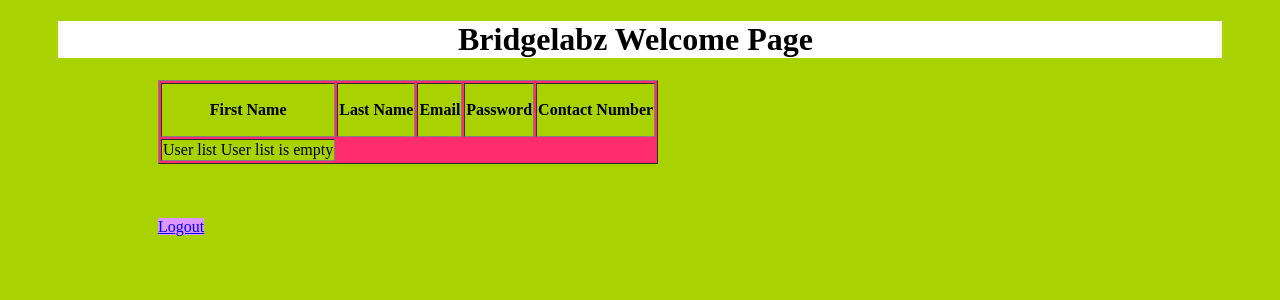
Repository: MarkFernandes11/Advanced-Java
Page: http://localhost/Login/welcome.jsp
An editor plug-in stored every save of this project. The page is shown before and after the next save, followed by the edit.
The browser window is 1280 px wide. The pictures show the whole page.
The page is served by Tomcat 9. Other server files are loaded and not shown.

Above is the page before, as saved 2019-09-27 05:08:14.

### Login/WebContent/welcome.jsp
<%@page import="java.util.ArrayList"%>
<%@page import="java.util.List"%>
<%@page import="com.login.User"%>
<%@page import="java.util.ListIterator"%>
<%@ page language="java" contentType="text/html; charset=UTF-8"
    pageEncoding="UTF-8"%>
<!DOCTYPE html>
<html>
<head>
<meta charset="UTF-8">
<title>Welcome Page</title>
<link rel="stylesheet" type="text/css" href="stylesheet.css">
</head>
<body>
	<header>
			<h1>Bridgelabz Welcome Page</h1>
	</header>

	<table border="1px solid #000;">
		<tr>
			<th><b><p>First Name</p></b></th>
			<th><b><p>Last Name</p></b></th>
			<th><b><p>Email</p></b></th>
			<th><b><p>Password</p></b></th>
			<th><b><p>Contact Number</p></b></th>
		</tr>

		<%List<User> list = (List<User>)request.getAttribute("userList");

		if(list != null)	{

		for(User u : list)
			{
			%>
			<tr>
			<!-- <td colspan=3>User list </td> -->
				<td colspan="1"><% out.print(u.getFirstname());%></td>
				<td colspan="1"><% out.print(u.getLastname());%></td>
				<td colspan="1"><% out.print(u.getEmail());%></td>
				<td colspan="1"><% out.print(u.getPassword());%></td>
				<td colspan="1"><% out.print(u.getContactNumber());%></td>
			</tr>
		<%
			}
		}else{
		%>
		<tr>
			<td>User list User list is empty
		</td>
		</tr>
		<%} %>
	</table>

	<br>
	<br>
	<br>
	<a href="login.jsp">Logout</a>
</body>
</html>

### Login/WebContent/stylesheet.css
@charset "UTF-8";

*{
	background-color: #a8d200;
}

body{
	font: #d5ff2d;
}

form{
	border: 2px solid #fff;
	border-radius: 10px;
	background-color: #777;
	width: 500px;
	margin-left: auto;
	margin-right: auto;
	margin-bottom: 20px;
}

p{
	font: #d5ff2d;
}

header{
	margin-left: auto;
	margin-right: auto;
}

h1{

	background-color: #fff;
	padding-left: 400px;
	padding-right: auto;
	margin-left: 50px;
	margin-right: 50px;
}

input {
	background-color: #1af9b7;
	margin-left: 150px;
}

span{
	background-color: #777;
	margin-right: 50px;
}

.button{
	background-color: #96f5ff;
	margin-left: 40px;
}

.buttonSub{
	background-color: #96f5ff;
	margin-left: 150px;
}

a{
	background-color: #e096ff;
	margin-left: 150px;

}

table{
	background-color: #ff2d6d;
	margin-left: 150px;
}

After the next save:
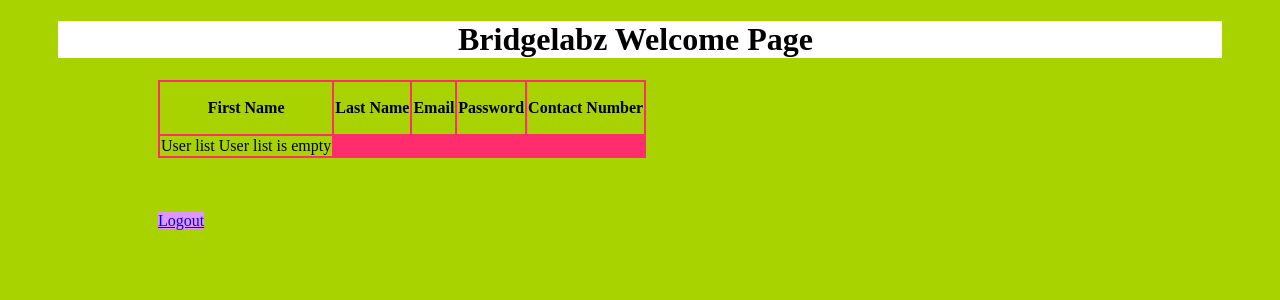
Saved 3 min 55 s later.
--- a/Login/WebContent/welcome.jsp
+++ b/Login/WebContent/welcome.jsp
@@ -16,7 +16,7 @@
 			<h1>Bridgelabz Welcome Page</h1>
 	</header>
 
-	<table border="1px solid #000;">
+	<table>
 		<tr>
 			<th><b><p>First Name</p></b></th>
 			<th><b><p>Last Name</p></b></th>

After the 6 saves that followed:
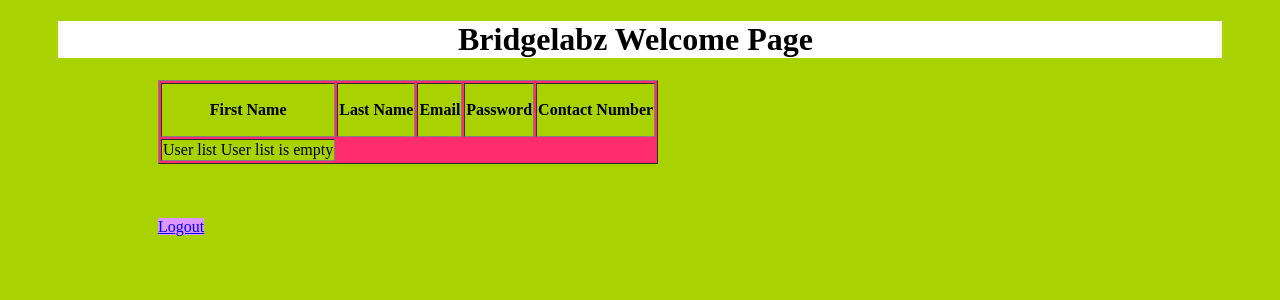
The 6 saves are shown as one change because 5 left the picture as it was.
The last was saved 6 min 34 s later.
--- a/Login/WebContent/welcome.jsp
+++ b/Login/WebContent/welcome.jsp
@@ -16,7 +16,7 @@
 			<h1>Bridgelabz Welcome Page</h1>
 	</header>
 
-	<table>
+	<table border="1px solid black";>
 		<tr>
 			<th><b><p>First Name</p></b></th>
 			<th><b><p>Last Name</p></b></th>
